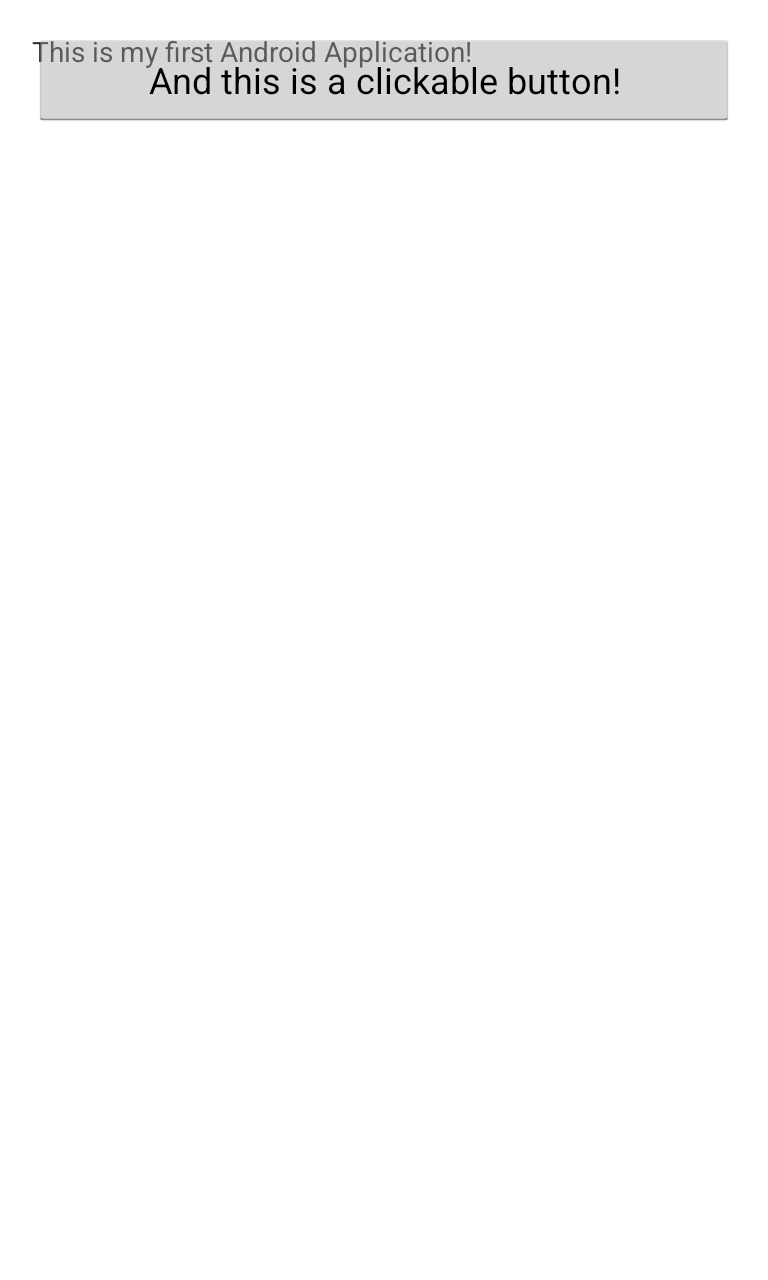
Repository: nyakeh/Android
Layout: HelloWorld/res/layout/activity_main.xml
An editor plug-in stored every save of this project. The layout is shown before and after the next save, followed by the edit.
It is drawn on a 768 x 1280 px phone screen (xhdpi) without system bars, with theme AppTheme; the app's code is not run.

Above is the layout before, as saved 2013-05-15 21:21:43.

After the next save:
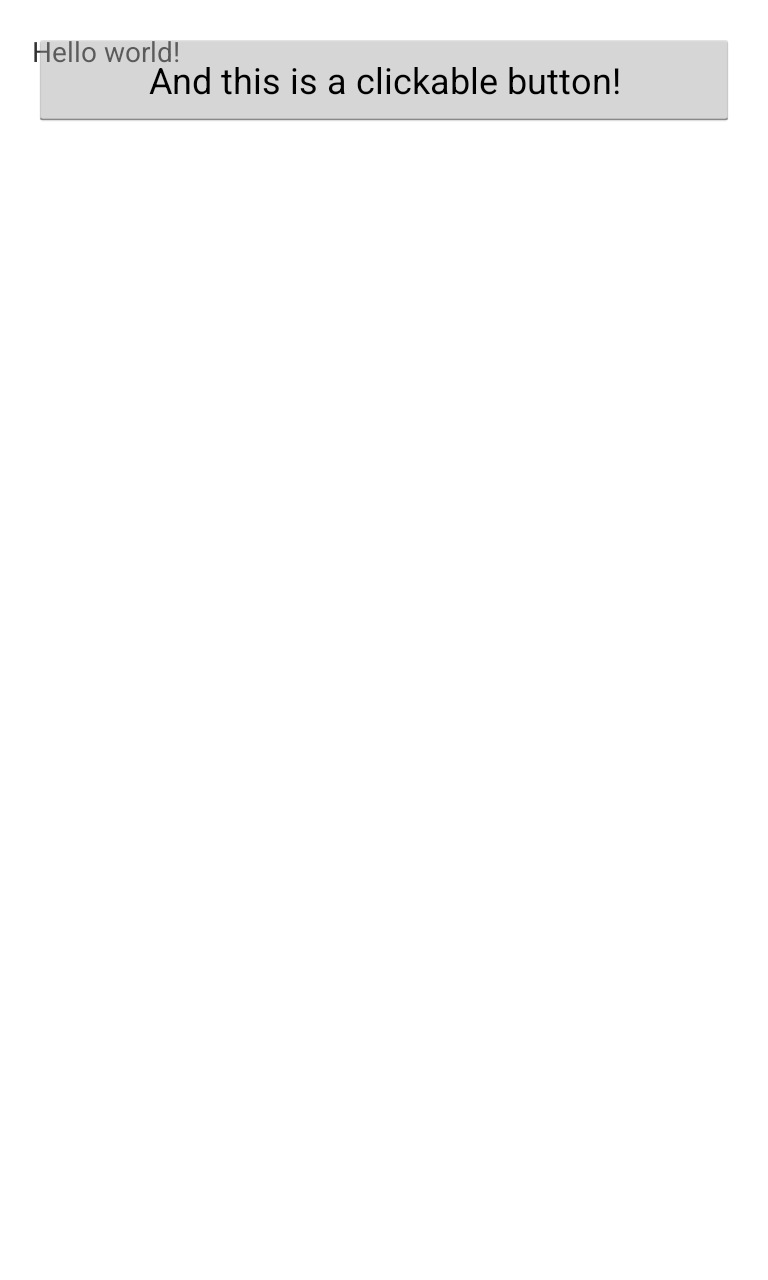
Saved 18 min 41 s later.
--- a/HelloWorld/res/layout/activity_main.xml
+++ b/HelloWorld/res/layout/activity_main.xml
@@ -11,7 +11,7 @@
     <TextView
 		android:layout_width="fill_parent"
 		android:layout_height="wrap_content"
-		android:text="This is my first Android Application!" />
+		android:text="@string/hello_world" />
 
 	<Button
 		android:layout_width="fill_parent"
